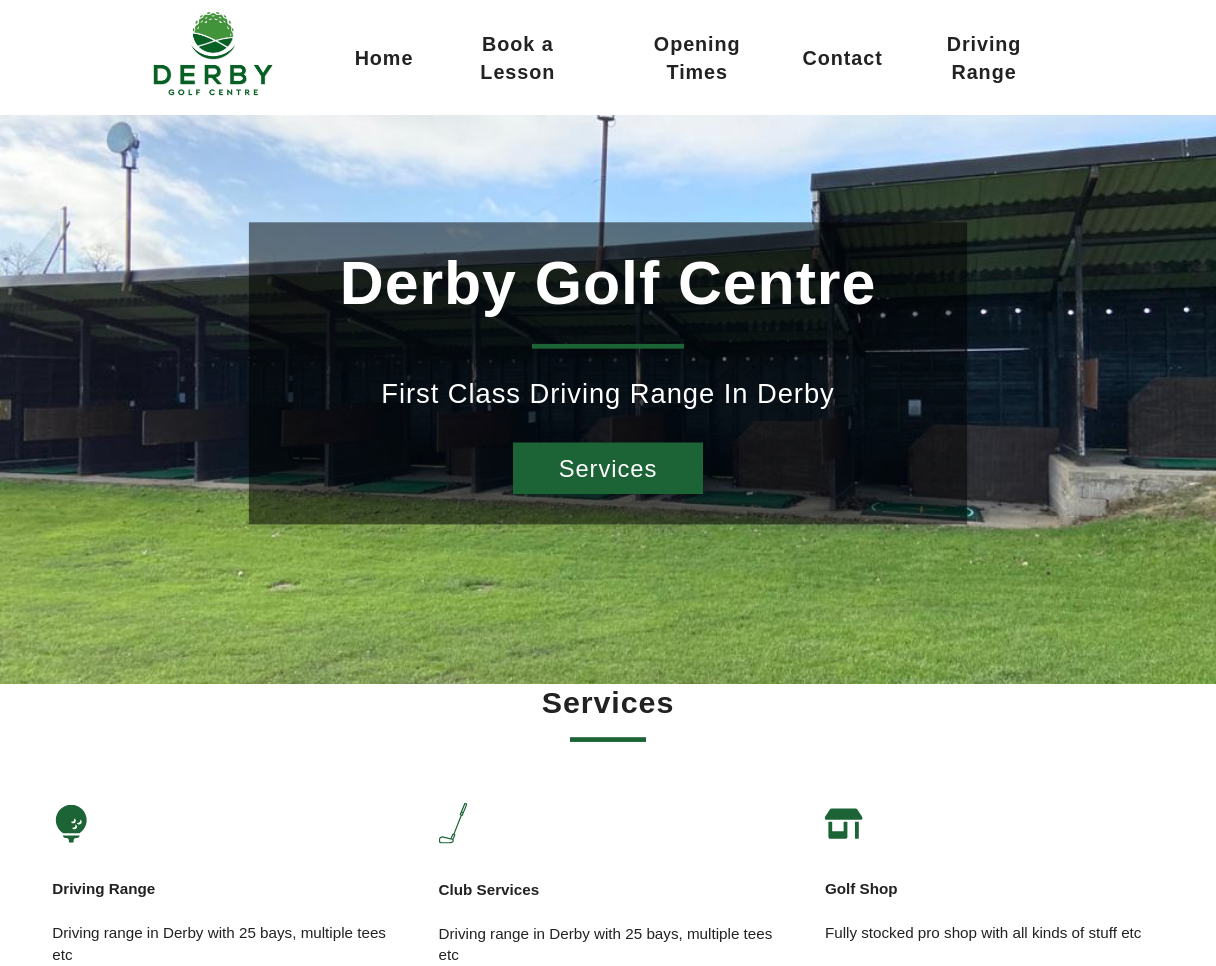
Repository: frankinstyyn/nigeljamesconsulting
Page: /
These files come from the project's save history. The page is drawn as it stood at one moment and after the next save; the edit follows.
The browser window is 1280 px wide. The pictures show the whole page, at 95% of full size.
Some web fonts or font styles are not loaded; a fallback is used. The project was rebuilt for these pictures with package versions that can differ from the ones it lists, and the page was loaded fresh each time. Also part of the build but not shown: src/pages/Lesson.js, src/pages/SingleRoom.js, src/pages/Error.js.

Above is the page before, as saved 2021-01-08 17:46:48.

After the next save:
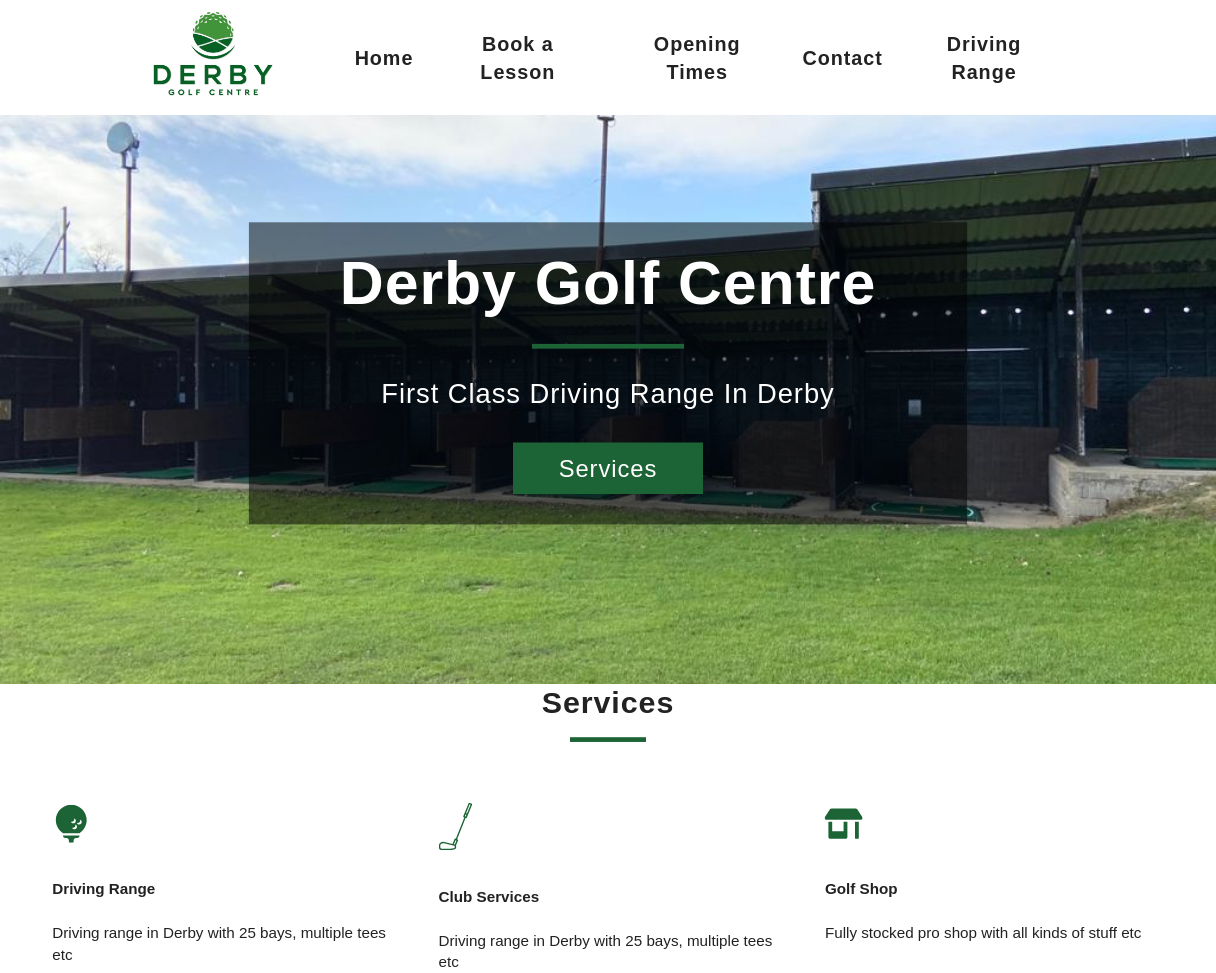
Saved 11 s later.
--- a/src/App.css
+++ b/src/App.css
@@ -271,7 +271,7 @@
 }
 
 .servicesImg {
-  width: 30px;
+  width: 35px;
 }
 @media screen and (min-width: 992px) {
   .services-center {

After the save that followed:
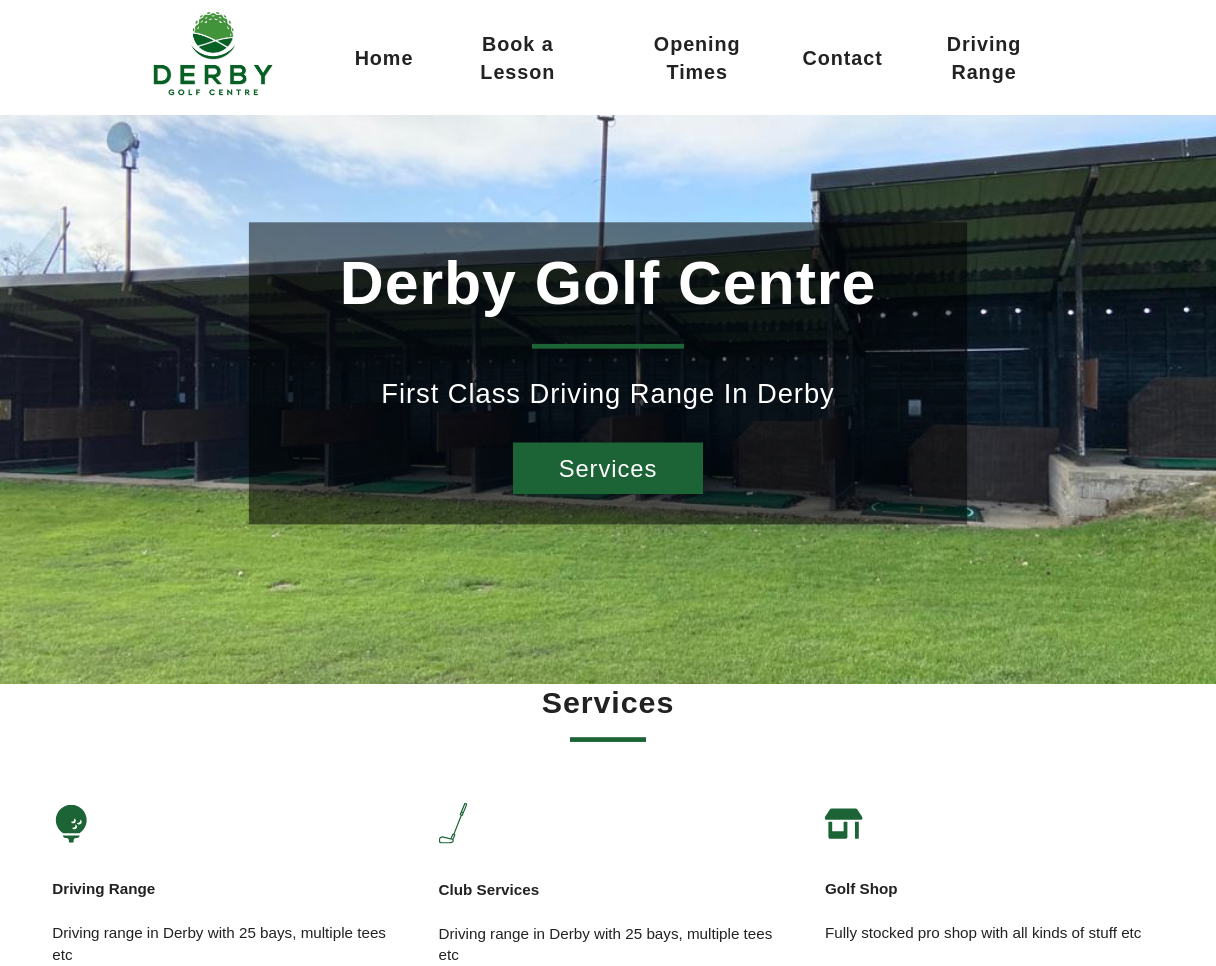
Saved 5 s later.
--- a/src/App.css
+++ b/src/App.css
@@ -271,7 +271,7 @@
 }
 
 .servicesImg {
-  width: 35px;
+  width: 30px;
 }
 @media screen and (min-width: 992px) {
   .services-center {
